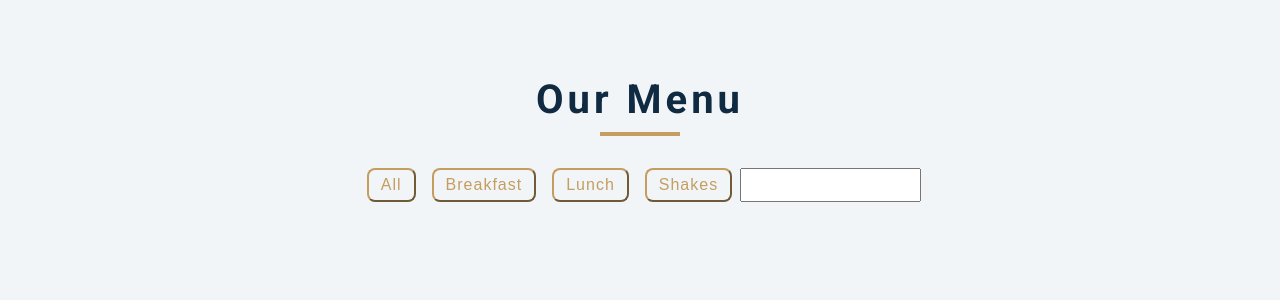
Repository: AnahitKhechumyan/MENUFILTER
Page: index.html
These files come from the project's save history. The page is drawn as it stood at one moment and after the next save; the edit follows.
The browser window is 1280 px wide. The pictures show the whole page.
Some web libraries are served in a nearby version.

Above is the page before, as saved 2022-02-17 18:05:48.
Console error: ReferenceError: diplayMenuItems is not defined

After the next save:
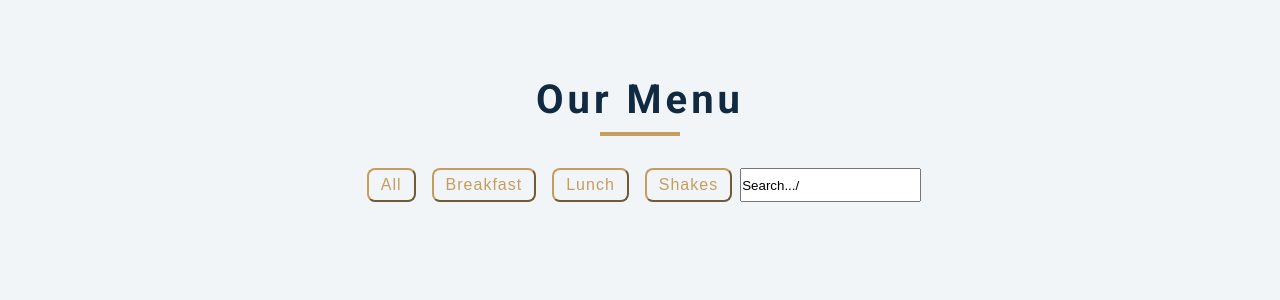
Saved 117 min 45 s later.
--- a/index.html
+++ b/index.html
@@ -29,7 +29,7 @@
           <button type="button" class="filter-btn" data-id="shakes">
             shakes
           </button>
-          <input type="search" class="input" />
+          <input type="search" class="input" value= Search.../>
       </div>
       <!-- menu items -->
       <div class="section-center">
